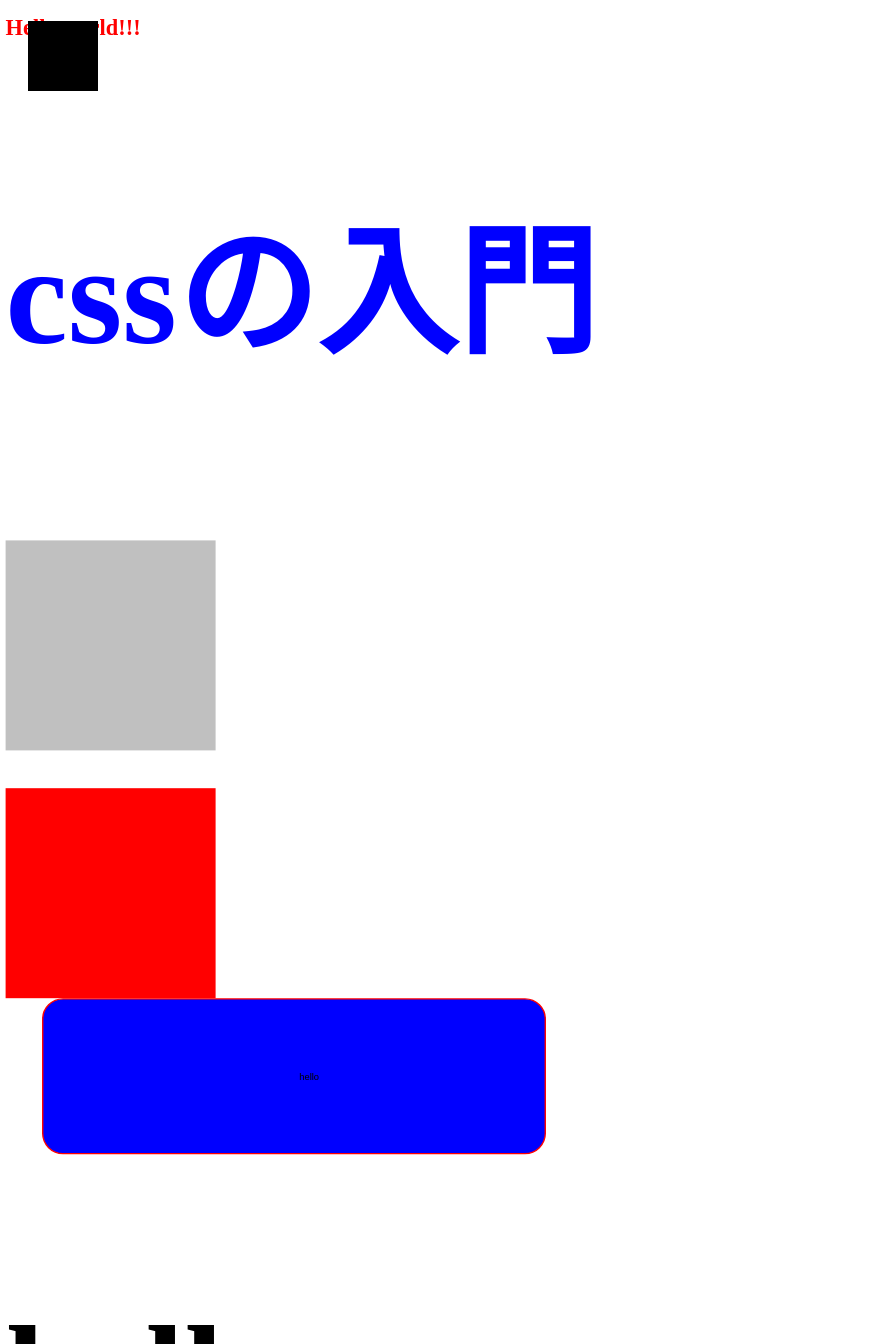
Repository: takahiro0808/kadai2
Page: html/index.html
The author's editor kept a record of every edit. The page is drawn from the files as they stood at one moment, then again after the next edit.
The browser window is 1280 px wide. The pictures show the part of the page from y = 0 to 1920 px (the page is 2634 px tall before and 2758 px after), at 70% of full size.

Above is the page before.

### html/index.html
<!DOCTYPE html>
<html lang="ja">
    <head>
        <meta charset="utf-8">
        <title> Tech Boost </title>
        <link rel="stylesheet" href="css/style.css">
    </head>
    <body>
        <h1 id="title">Hello world!!!</h1>
        <p class="description">cssの入門</p>
    </body>
　　　         <div class="box1"></div>
　　　            <div class="box2"></div>
　　　         <button>
　　　             hello
　　　         </button>
　　　            <p>hello </p>

　　　            <div class="box3">
　　　                 </div>

　　　                <div class="box4">
　　　                </div>

</html>

### html/css/style.css
         #title {
             color : red;
         }

         .description {
             color : blue;
         }

              .box1 {
               background-color: silver;
               width: 300px;
               height: 300px;
               margin-bottom: 30px;
              }

              .box2 {
              background-color: red;
              width: 300px;
              height: 300px;
              }

              button {
                  background-color: blue;
                  padding:100px 300px;
                  border:2px solid red;
                  border-radius:30px;
              }
              p {
                  font-size:200px;
                  font-weight:bold;
                  font-family:'alial';
              }

              .box3 {
                  background-color:silver;
                  width:300px;
                  height:300px;
              }

              .box4 {
                  background-color:black;
                  width:100px;
                  height:100px;
                  position:absolute;
                  top:30px;
                  left:40px;
              }

              span {
                  display:block;
                  font-size:30px;
              }

After the next edit:
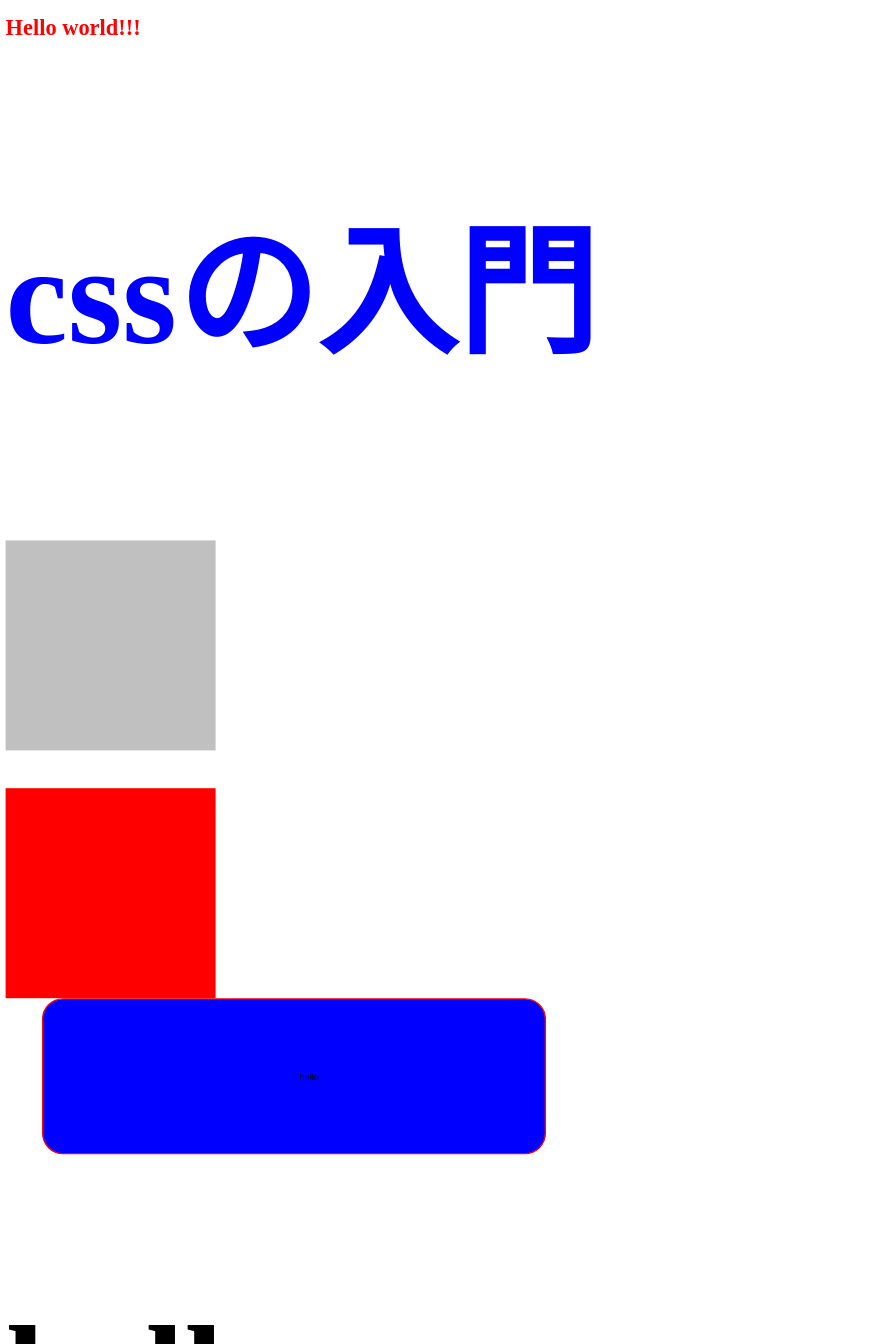
The edit:
--- a/html/css/style.css
+++ b/html/css/style.css
@@ -41,7 +41,7 @@
                   background-color:black;
                   width:100px;
                   height:100px;
-                  position:absolute;
+                  position:static;
                   top:30px;
                   left:40px;
               }
